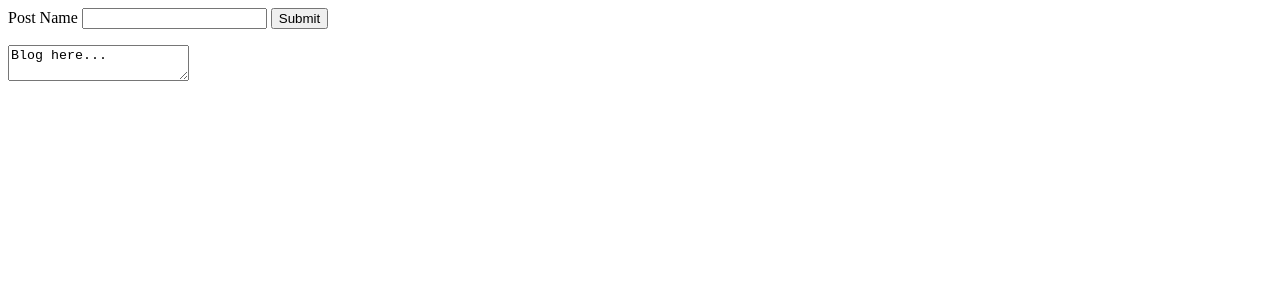
Repository: AnnieFisher/blog
Page: BlogMVC/WebContent/addPost.view.html
An editor plug-in stored every save of this project. The page is shown before and after the next save, followed by the edit.
The browser window is 1280 px wide. The pictures show the whole page.

Above is the page before, as saved 2016-12-17 10:59:12.

### BlogMVC/WebContent/addPost.view.html
<div>

<form action="addPost()" id="postForm">
  <label for="postName" class="sr-only">Post Name</label>
  <input type="text" ng-model="post.postName" name="postName">
  <button ng-click =createPost(post)>Submit</button>
</form>

<textarea name="body" form="postForm">Blog here...</textarea>

</div>

After the next save:
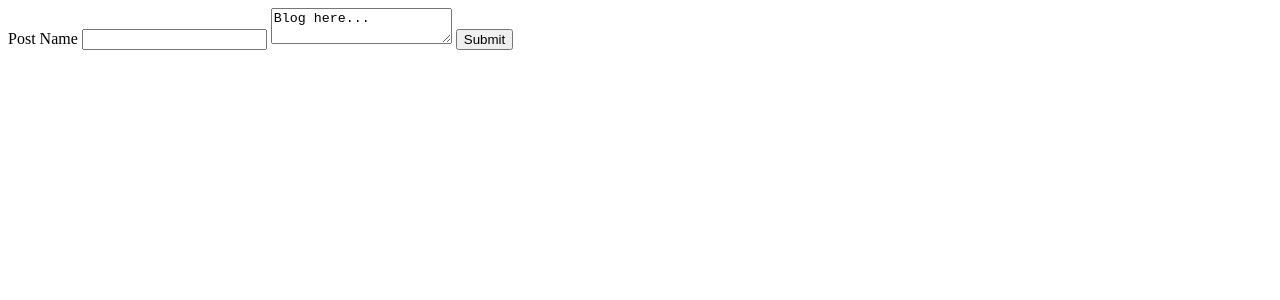
Saved 95 s later.
--- a/BlogMVC/WebContent/addPost.view.html
+++ b/BlogMVC/WebContent/addPost.view.html
@@ -3,9 +3,11 @@
 <form action="addPost()" id="postForm">
   <label for="postName" class="sr-only">Post Name</label>
   <input type="text" ng-model="post.postName" name="postName">
+  <textarea name="body" ng-model="post.body">Blog here...</textarea>
+
   <button ng-click =createPost(post)>Submit</button>
 </form>
 
-<textarea name="body" form="postForm">Blog here...</textarea>
+
 
 </div>
